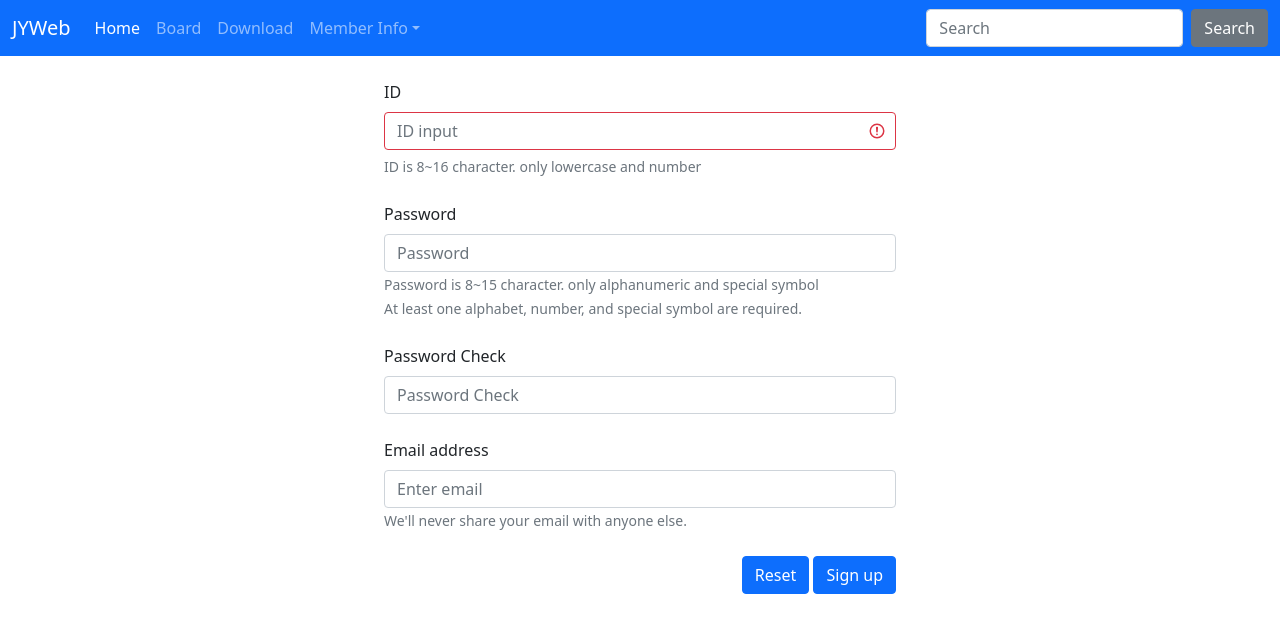
Repository: kjy4926/Javastudy
Page: http://localhost/web_service/signupform
These files come from the project's save history. The page is drawn as it stood at one moment and after the next save; the edit follows.
The browser window is 1280 px wide. The pictures show the whole page.
The page is served by Tomcat 9. Other server files are loaded and not shown.

Above is the page before, as saved 2022-06-03 03:46:21.

### jspworkspace/web_service/WebContent/docs/signup.jsp
<%@page import="data_board.MemberDAO"%>
<%@ page language="java" contentType="text/html; charset=UTF-8"
    pageEncoding="UTF-8"%>
<%@taglib uri="http://java.sun.com/jsp/jstl/core" prefix="c" %>
<!DOCTYPE html>
<html>
<head>
	<title>Sign up</title>
	<meta charset="UTF-8">
	<link href="https://cdn.jsdelivr.net/npm/bootstrap@5.1.3/dist/css/bootstrap.min.css" rel="stylesheet" integrity="sha384-1BmE4kWBq78iYhFldvKuhfTAU6auU8tT94WrHftjDbrCEXSU1oBoqyl2QvZ6jIW3" crossorigin="anonymous">
	<link href="${pageContext.request.contextPath}/docs/css/bootstrap.min.css" rel="stylesheet">
	<style>
		.loginform{
			width: 40%;
			margin: auto;
		}
		.submit-reset{
			float: right;
		}
	</style>
	<script src="https://ajax.googleapis.com/ajax/libs/jquery/3.6.0/jquery.min.js"></script>
	<script src="${pageContext.request.contextPath}/docs/signup.js"></script>
</head>
<body>
	<c:import url="nav.jsp"></c:import>
	<section class="loginform">
		<form method="post" name="signup-form" onsubmit="return signUp(this)" action="signup">
			<div class="form-group has-success has-danger">
				<label class="form-label mt-4" for="inputID">ID</label>
				<input type="text" placeholder="ID input" class="form-control is-valid is-invalid" id="inputID" name="id"
				 	pattern="^[a-z][a-z0-9]{7,15}$" oninput="idDuplicateCheck(this.form)" required>
				<div class="valid-feedback"><span id="idResult"></span></div>
				<small id="idHelp" class="form-text text-muted">ID is 8~16 character. only lowercase and number</small>
				<input type="hidden" id="dupflag" name="dupck" value="0">
			</div>
			<div class="form-group">
		      <label for="InputPassword" class="form-label mt-4">Password</label>
		      <input type="password" class="form-control" id="inputPwd" name="pwd" placeholder="Password"
		      		pattern="^(?=.*[A-Za-z])(?=.*\d)(?=.*[$@$!%*#?&])[A-Za-z\d$@$!%*#?&]{8,15}$$" required>
		      <small id="pwdHelp" class="form-text text-muted">Password is 8~15 character. only alphanumeric and special symbol</small><br>
		      <small id="pwdHelp2" class="form-text text-muted">At least one alphabet, number, and special symbol are required.</small>
		    </div>
		    <div class="form-group">
		      <label for="InputPasswordCheck" class="form-label mt-4">Password Check</label>
		      <input type="password" class="form-control" id="inputPwdck" name="pwdck" placeholder="Password Check"
		      		pattern="^(?=.*[A-Za-z])(?=.*\d)(?=.*[$@$!%*#?&])[A-Za-z\d$@$!%*#?&]{8,15}$$" required>
		    </div>
		    <div class="form-group">
		      <label for="InputEmail1" class="form-label mt-4">Email address</label>
		      <input type="email" class="form-control" id="inputEmail1" name="email"
		      		pattern="^[0-9a-zA-Z]([-_.]?[0-9a-zA-Z])*@[0-9a-zA-Z]([-_.]?[0-9a-zA-Z])*.[a-zA-Z]{2,3}$" aria-describedby="emailHelp" placeholder="Enter email" required>
		      <small id="emailHelp" class="form-text text-muted">We'll never share your email with anyone else.</small>
		    </div><br>
		    <fieldset class="submit-reset">
			    <button type="reset" class="btn btn-primary">Reset</button>
			    <button type="submit" class="btn btn-primary">Sign up</button>
		    </fieldset>
		</form>
	</section>
	<script src="https://cdn.jsdelivr.net/npm/bootstrap@5.1.3/dist/js/bootstrap.bundle.min.js" integrity="sha384-ka7Sk0Gln4gmtz2MlQnikT1wXgYsOg+OMhuP+IlRH9sENBO0LRn5q+8nbTov4+1p" crossorigin="anonymous"></script>
</body>
</html>

### jspworkspace/web_service/WebContent/docs/nav.jsp
<%@ page language="java" contentType="text/html; charset=UTF-8"
    pageEncoding="UTF-8"%>
<%@taglib uri="http://java.sun.com/jsp/jstl/core" prefix="c" %>
<!DOCTYPE html>
<html>
<head>
	<meta charset="UTF-8">
	<title>navigation</title>
</head>
<body>
	<nav class="navbar navbar-expand-lg navbar-dark bg-primary">
	  <div class="container-fluid">
	    <a class="navbar-brand" href="${pageContext.request.contextPath}/index">JYWeb</a>
	    <button class="navbar-toggler" type="button" data-bs-toggle="collapse" data-bs-target="#navbarColor01" aria-controls="navbarColor01" aria-expanded="true" aria-label="Toggle navigation">
	      <span class="navbar-toggler-icon"></span>
	    </button>

	    <div class="navbar-collapse collapse show" id="navbarColor01" style="">
	      <ul class="navbar-nav me-auto">
	        <li class="nav-item">
	          <a class="nav-link active" href="${pageContext.request.contextPath}/index">Home
	            <span class="visually-hidden">(current)</span>
	          </a>
	        </li>
	        <li class="nav-item">
	          <a class="nav-link" href="#">Board</a>
	        </li>
	        <li class="nav-item">
	          <a class="nav-link" href="#">Download</a>
	        </li>
	        <li class="nav-item dropdown">
	          <a class="nav-link dropdown-toggle" data-bs-toggle="dropdown" href="#" role="button" aria-haspopup="true" aria-expanded="false">Member Info</a>
	          <c:choose>
	          	<c:when test="${empty sessionScope.loginID}">
		          	<div class="dropdown-menu">
			            <a class="dropdown-item" href="${pageContext.request.contextPath}/loginform">Login</a>
			            <div class="dropdown-divider"></div>
			            <a class="dropdown-item" href="${pageContext.request.contextPath}/signupform">Sign up</a>
		          	</div>
	          	</c:when>
	          	<c:otherwise>
	          		<div class="dropdown-menu">
			            <a class="dropdown-item" href="#">ID</a>
			            <div class="dropdown-divider"></div>
			            <a class="dropdown-item" href="${pageContext.request.contextPath}/logout">Logout</a>
		          	</div>
	          	</c:otherwise>
	          </c:choose>
	        </li>
	      </ul>
	      <form class="d-flex">
	        <input class="form-control me-sm-2" type="text" placeholder="Search">
	        <button class="btn btn-secondary my-2 my-sm-0" type="submit">Search</button>
	      </form>
	    </div>
	  </div>
	</nav>
</body>
</html>

### jspworkspace/web_service/src/data_board/DispatcherServlet.java
package data_board;

import java.io.IOException;
import java.util.HashMap;

import javax.servlet.ServletException;
import javax.servlet.annotation.WebServlet;
import javax.servlet.http.HttpServlet;
import javax.servlet.http.HttpServletRequest;
import javax.servlet.http.HttpServletResponse;

@WebServlet("/")
public class DispatcherServlet extends HttpServlet {
	private HashMap<String, Handler> map = new HashMap<>();

	@Override
	public void init() throws ServletException {
		map.put("/idcheck", new IdCheck());
		map.put("/signup", new SignUp());
		map.put("/login", new Login());
	}

	@Override
	protected void doGet(HttpServletRequest req, HttpServletResponse resp) throws ServletException, IOException {
		process(req, resp);
	}

	@Override
	protected void doPost(HttpServletRequest req, HttpServletResponse resp) throws ServletException, IOException {
		process(req, resp);
	}

	private void process(HttpServletRequest req, HttpServletResponse resp) {
		String uri = req.getRequestURI();
		String ctxPath = req.getContextPath();
		String cmd = uri.substring(ctxPath.length());
		String prefix = "/docs/";
		String suffix = ".jsp";
		String viewPage = "";
		try {
			Handler handler = map.get(cmd);
			if(cmd.equals("/index")) {
				viewPage = "index";
			}
			else if(cmd.equals("/loginform")) {
				viewPage = "login";
			}
			else if(cmd.equals("/signupform")) {
				viewPage = "signup";
			}
			else if(handler == null) {
				return;
			}else {
				viewPage = handler.handling(req, resp);
			}
			req.getRequestDispatcher(prefix + viewPage + suffix).forward(req, resp);
		} catch(Exception e) {
			e.printStackTrace();
		}
	}
}

### jspworkspace/web_service/src/data_board/Handler.java
package data_board;

import java.io.IOException;

import javax.servlet.ServletException;
import javax.servlet.http.HttpServletRequest;
import javax.servlet.http.HttpServletResponse;

public interface Handler {
	public String handling(HttpServletRequest req, HttpServletResponse resp) throws ServletException, IOException;
}

### jspworkspace/web_service/src/data_board/IdCheck.java
package data_board;

import java.io.IOException;
import java.io.PrintWriter;

import javax.servlet.ServletException;
import javax.servlet.http.HttpServletRequest;
import javax.servlet.http.HttpServletResponse;

public class IdCheck implements Handler{
	@Override
	public String handling(HttpServletRequest req, HttpServletResponse resp) throws ServletException, IOException {
		MemberDAO mdao = MemberDAO.getInstance();
		PrintWriter out = resp.getWriter();
		int idcheck = 0;
		// 중복이 아니라면
		if(!mdao.idDuplicateCheck(req.getParameter("userId"))) {
			idcheck= 1;
		}
		req.setAttribute("idcheck", idcheck);
		return "idcheck";
	}
}

### jspworkspace/web_service/src/data_board/SignUp.java
package data_board;

import java.io.IOException;

import javax.servlet.ServletException;
import javax.servlet.http.HttpServletRequest;
import javax.servlet.http.HttpServletResponse;

public class SignUp implements Handler{

	@Override
	public String handling(HttpServletRequest req, HttpServletResponse resp) throws ServletException, IOException {
		// TODO Auto-generated method stub
		return "signup";
	}

}

### jspworkspace/web_service/src/data_board/Login.java
package data_board;

import java.io.IOException;

import javax.servlet.ServletException;
import javax.servlet.http.HttpServletRequest;
import javax.servlet.http.HttpServletResponse;

public class Login implements Handler{

	@Override
	public String handling(HttpServletRequest req, HttpServletResponse resp) throws ServletException, IOException {
		// TODO Auto-generated method stub
		return "login";
	}

}

After the next save:
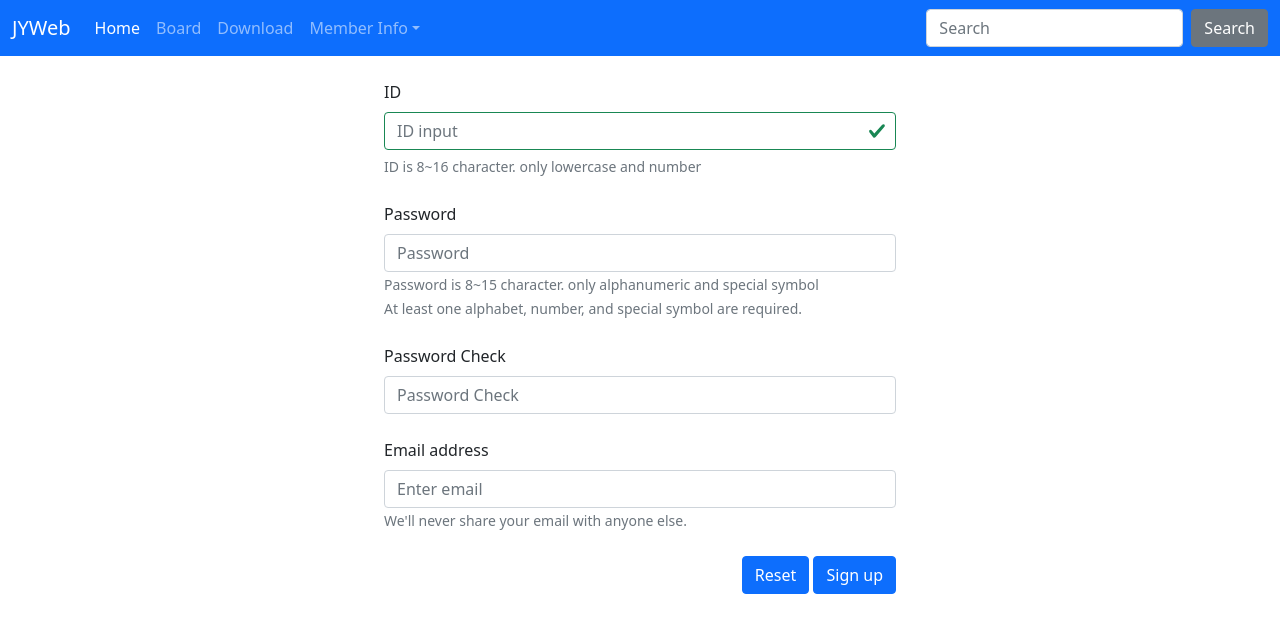
Saved 10 s later.
--- a/jspworkspace/web_service/WebContent/docs/signup.jsp
+++ b/jspworkspace/web_service/WebContent/docs/signup.jsp
@@ -27,7 +27,7 @@
 		<form method="post" name="signup-form" onsubmit="return signUp(this)" action="signup">
 			<div class="form-group has-success has-danger">
 				<label class="form-label mt-4" for="inputID">ID</label>
-				<input type="text" placeholder="ID input" class="form-control is-valid is-invalid" id="inputID" name="id"
+				<input type="text" placeholder="ID input" class="form-control is-valid" id="inputID" name="id"
 				 	pattern="^[a-z][a-z0-9]{7,15}$" oninput="idDuplicateCheck(this.form)" required>
 				<div class="valid-feedback"><span id="idResult"></span></div>
 				<small id="idHelp" class="form-text text-muted">ID is 8~16 character. only lowercase and number</small>
